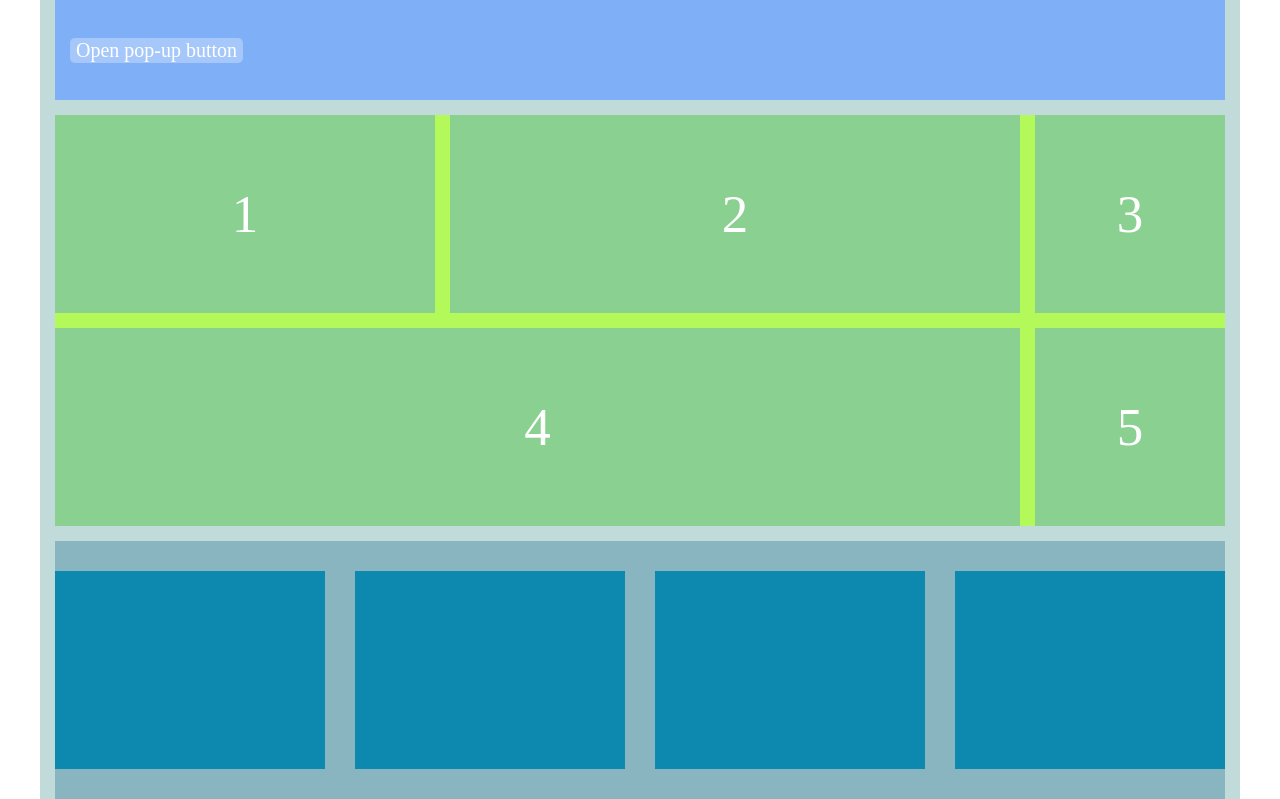
Repository: Evgenius190999999/nodasoft
Page: index.html
These files come from the project's save history. The page is drawn as it stood at one moment and after a run of saves; the edit follows.
The browser window is 1280 px wide. The pictures show the whole page.
Some web libraries are served in a nearby version. The style sheet was rebuilt from its Sass, Less or Tailwind sources for each picture, by a compiler version that may differ from the author's.

Above is the page before, as saved 2022-07-08 15:12:24.

After the next 2 saves:
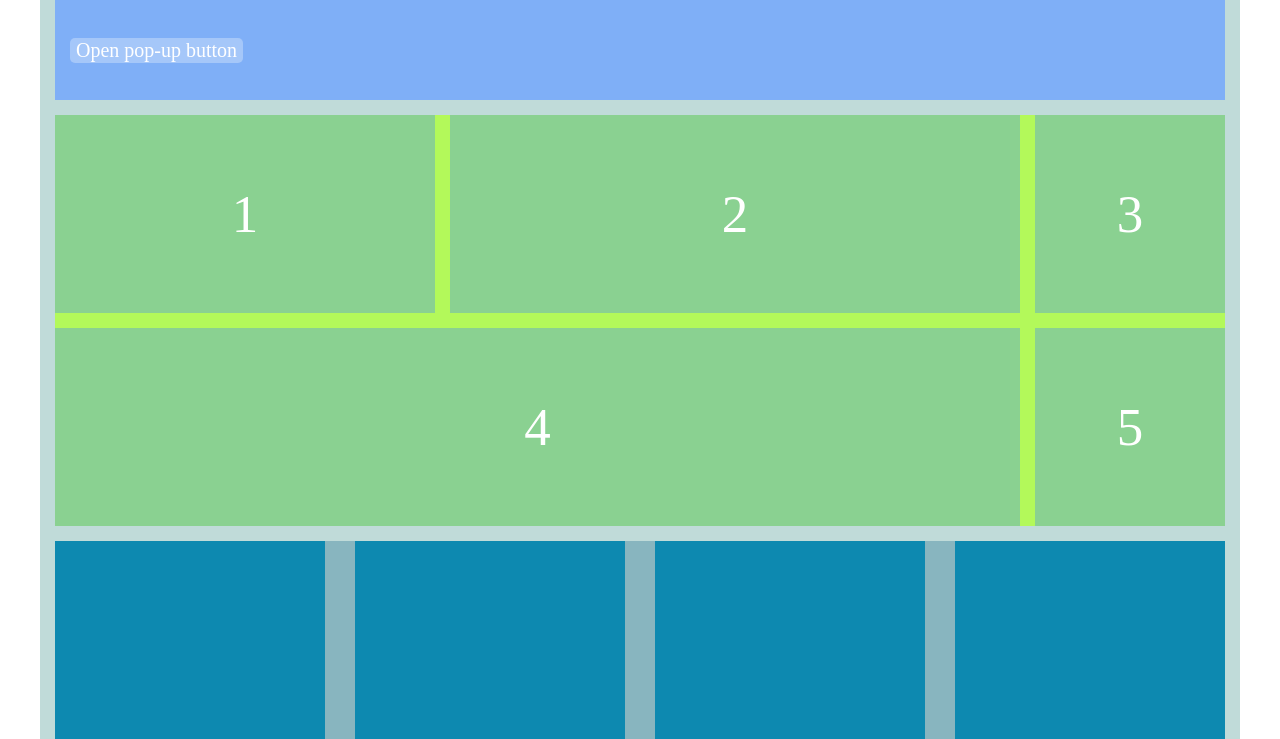
The 2 saves are shown as one change because they came seconds apart.
The last was saved 8 s later.
--- a/style/sass/style.sass
+++ b/style/sass/style.sass
@@ -61,13 +61,11 @@
     grid-template-columns: repeat(4, 1fr)
     grid-template-rows: 1fr
     grid-column-gap: 30px
-    grid-row-gap: 0px
+    grid-row-gap: 30px
     background: #88B5BF
     div
         height: 198px
         background: #0D89B0
-        margin: 30px 0
-
 .div1
     grid-area: 1 / 1 / 2 / 2
 .div2

After the save that followed:
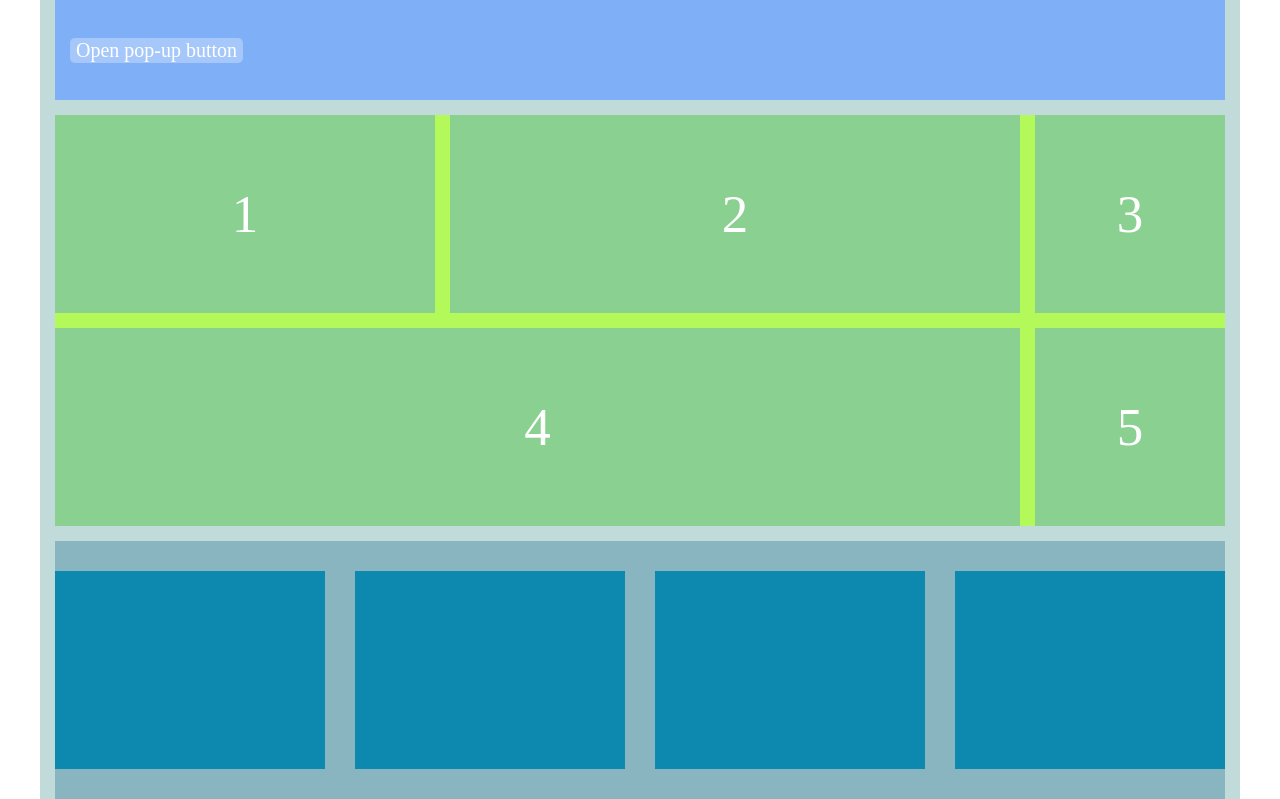
Saved 10 s later.
--- a/style/sass/style.sass
+++ b/style/sass/style.sass
@@ -61,11 +61,13 @@
     grid-template-columns: repeat(4, 1fr)
     grid-template-rows: 1fr
     grid-column-gap: 30px
-    grid-row-gap: 30px
+    grid-row-gap: 0px
     background: #88B5BF
     div
         height: 198px
         background: #0D89B0
+        margin: 30px 0
+
 .div1
     grid-area: 1 / 1 / 2 / 2
 .div2
